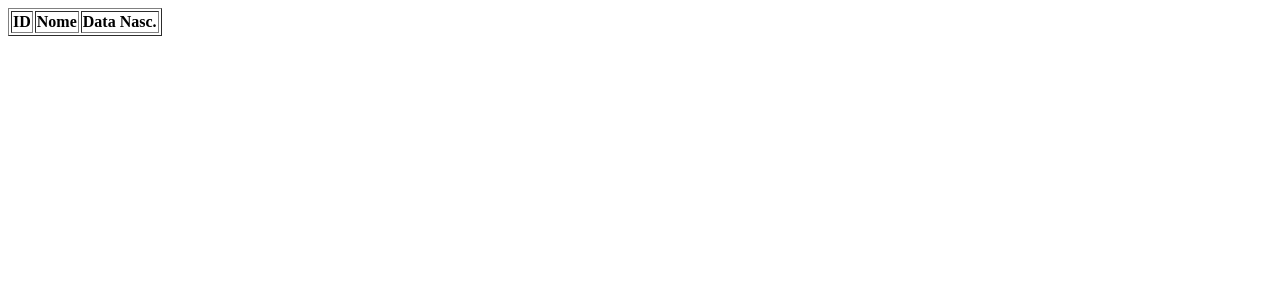
Repository: Frm2003/Laboratorio-de-Banco-de-Dados
Page: ExemploHTML/src/main/webapp/index.html
These files come from the project's save history. The page is drawn as it stood at one moment and after the next save; the edit follows.
The browser window is 1280 px wide. The pictures show the whole page.

Above is the page before, as saved 2023-08-08 12:40:21.

After the next save:
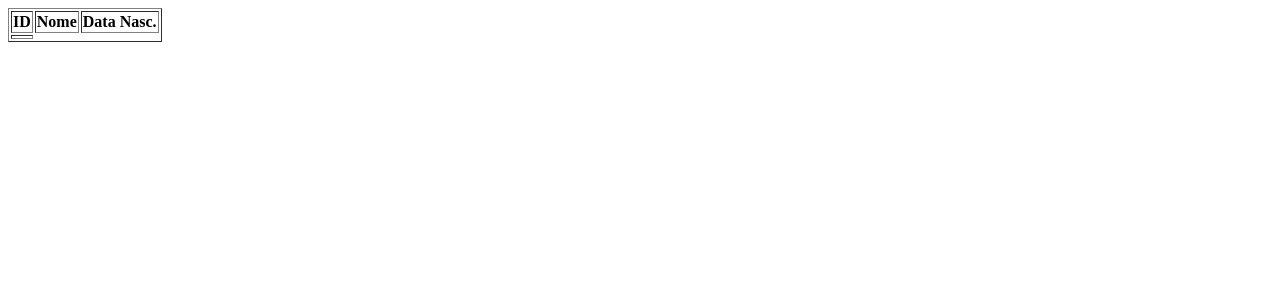
Saved 12 s later.
--- a/ExemploHTML/src/main/webapp/index.html
+++ b/ExemploHTML/src/main/webapp/index.html
@@ -17,7 +17,7 @@
 				</tr>
 			</thead>
 			<tbody>
-
+				<td></td>
 			</tbody>
 		</table>
 	</div>
